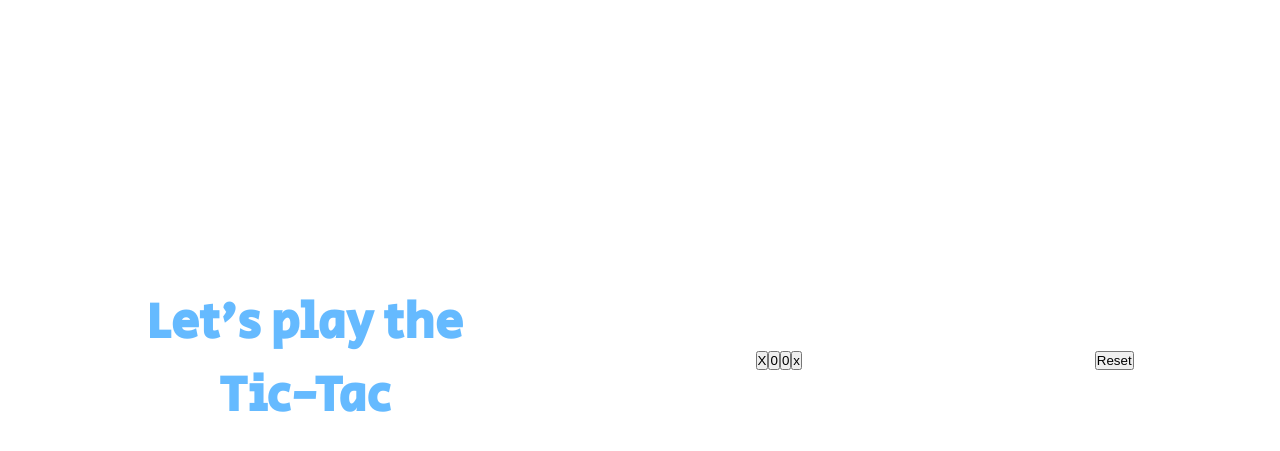
Repository: evergreenx/tic-tac
Page: /
The author's editor kept a copy of each file at every save. The page is drawn from the files as they stood at one save, then again after the next save.
The browser window is 1280 px wide. The pictures show the whole page.
The project was rebuilt for these pictures with package versions that can differ from the ones it lists, and the page was loaded fresh each time.

Above is the page before, as saved 2022-04-21 04:02:19.

After the next save:
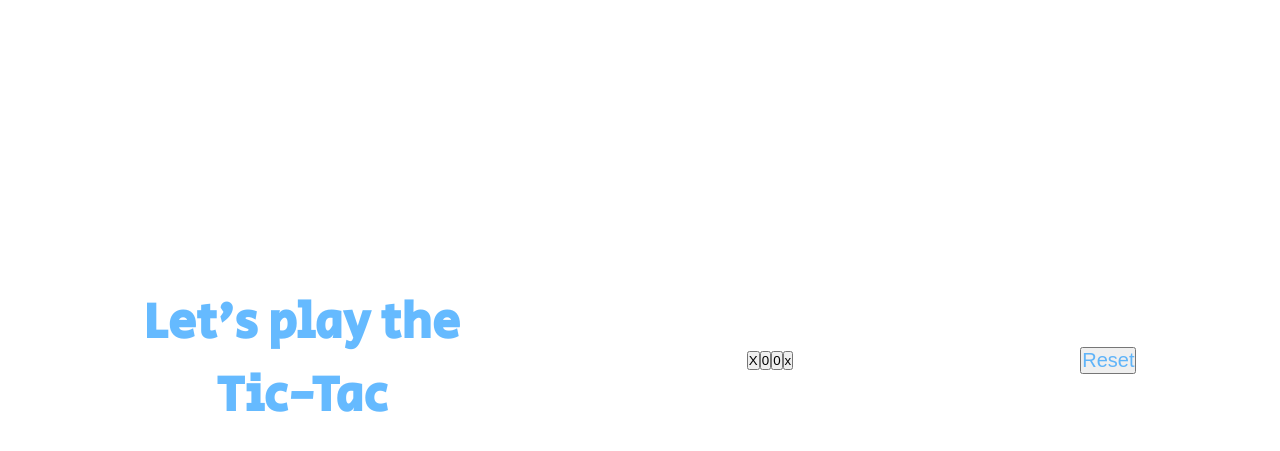
Saved 1 s later.
--- a/src/index.css
+++ b/src/index.css
@@ -23,7 +23,8 @@ body {
 }
 
 .reset--button--text{
-
+  color: #008cff9a;
+  font-size: 20px;
 }
 
 @media (max-width: 768px) {
